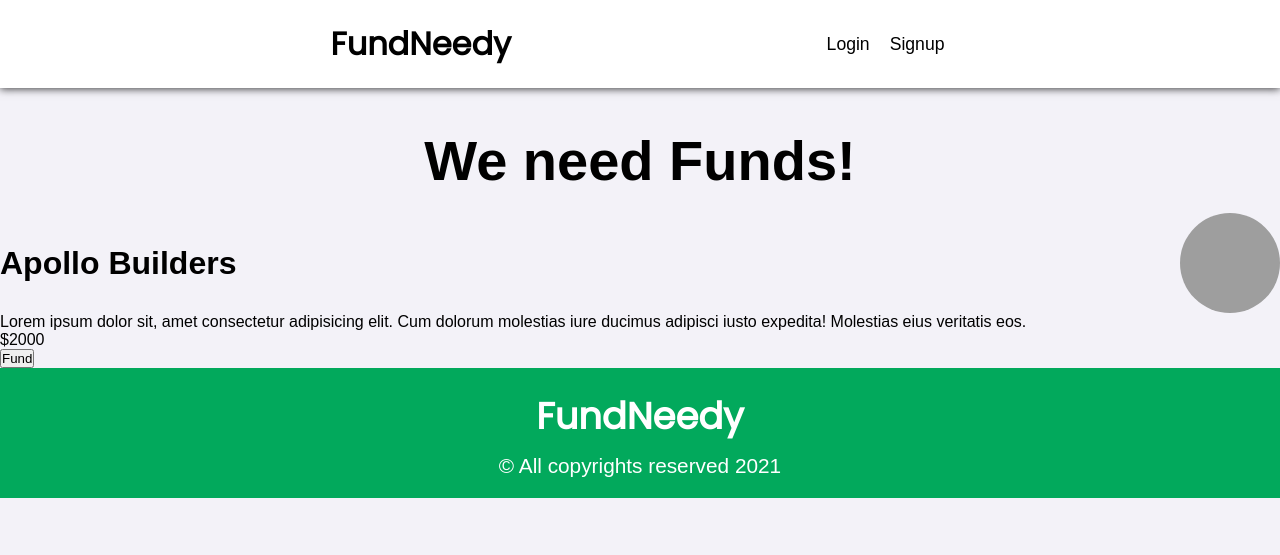
Repository: osdc/codejam
Page: /needies (app in sassy-sandwiches/fund-needy/)
These files come from the project's save history. The page is drawn as it stood at one moment and after the next save; the edit follows.
The browser window is 1280 px wide. The pictures show the whole page.
Pictures or frames that could not be fetched are drawn as grey boxes. The project was rebuilt for these pictures with package versions that can differ from the ones it lists, and the page was loaded fresh each time. Also part of the build but not shown: sassy-sandwiches/fund-needy/src/Showcase.css, sassy-sandwiches/fund-needy/src/Showcase.js.

Above is the page before, as saved 2021-01-09 19:37:54.

After the next save:
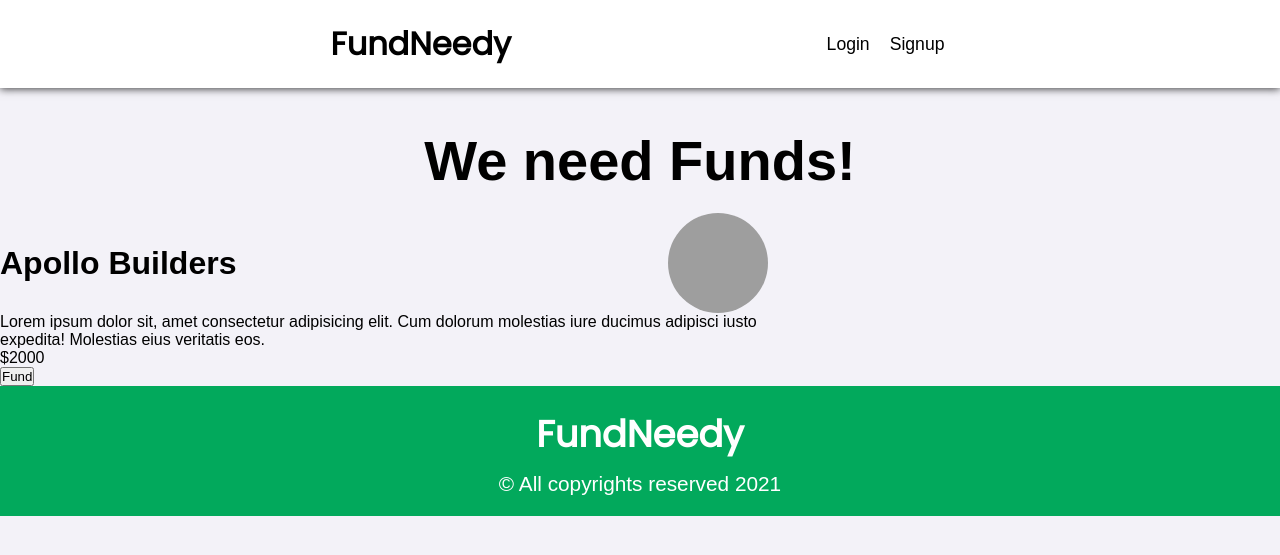
Saved 17 s later.
--- a/sassy-sandwiches/fund-needy/src/Needy.css
+++ b/sassy-sandwiches/fund-needy/src/Needy.css
@@ -1,3 +1,7 @@
+.needy {
+  width: 60%;
+}
+
 .needy_header {
   display: flex;
   align-items: center;
